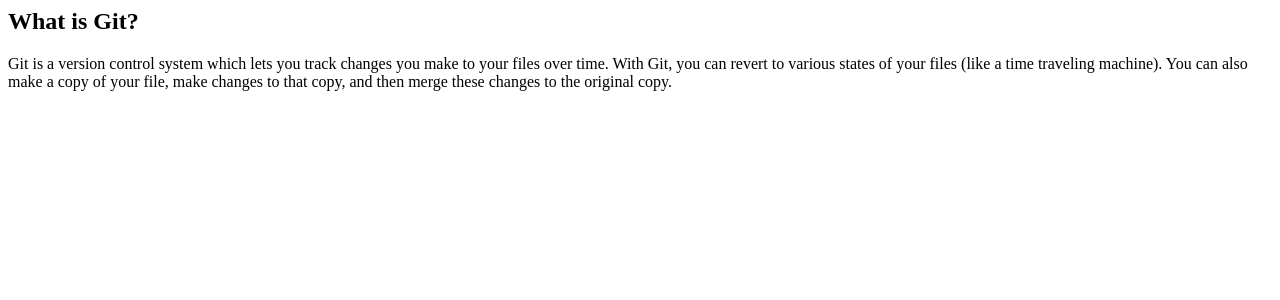
Repository: dev-singh-kanyal/Archive-git_github
Page: index.html
These files come from the project's save history. The page is drawn as it stood at one moment and after the next save; the edit follows.
The browser window is 1280 px wide. The pictures show the whole page.

Above is the page before, as saved 2022-06-24 15:00:44.

After the next save:
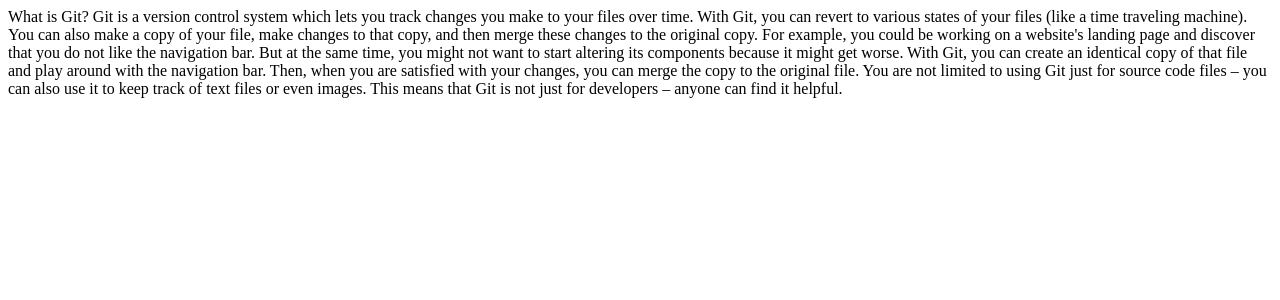
Saved 71 s later.
--- a/index.html
+++ b/index.html
@@ -1,2 +1,8 @@
-<h2 id="what-is-git">What is Git?</h2>
-<p>Git is a version control system which lets you track changes you make to your files over time. With Git, you can revert to various states of your files (like a time traveling machine). You can also make a copy of your file, make changes to that copy, and then merge these changes to the original copy.</p>
+What is Git?
+Git is a version control system which lets you track changes you make to your files over time. With Git, you can revert to various states of your files (like a time traveling machine). You can also make a copy of your file, make changes to that copy, and then merge these changes to the original copy.
+
+For example, you could be working on a website's landing page and discover that you do not like the navigation bar. But at the same time, you might not want to start altering its components because it might get worse.
+
+With Git, you can create an identical copy of that file and play around with the navigation bar. Then, when you are satisfied with your changes, you can merge the copy to the original file.
+
+You are not limited to using Git just for source code files – you can also use it to keep track of text files or even images. This means that Git is not just for developers – anyone can find it helpful.
